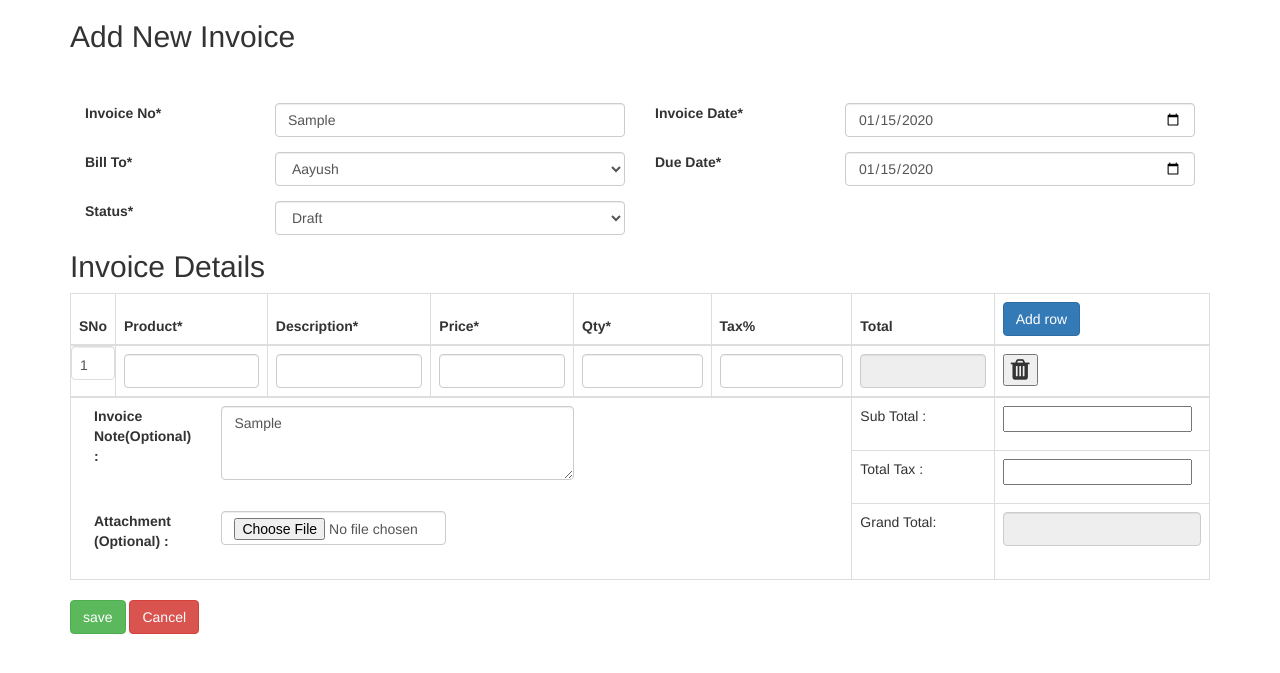
Repository: Aayush13013/Invoice_Management_app
Page: http://localhost/invoiceInfo/WEB-INF/jsp/new_invoiceInfo.jsp
An editor plug-in stored every save of this project. The page is shown before and after a run of saves, followed by the edit.
The browser window is 1280 px wide. The pictures show the whole page.
Empty fields were first filled with sample values (such as "Sample", 5 or name@example.com).
After loading, the first visible `input.btn` was clicked once.
The page is served by Tomcat 9. Nobody is signed in. The template is opened directly, without the code that normally fills it, so the values that code supplies are empty.

Above is the page before, as saved 2021-12-28 11:39:52.

After the next 3 saves:
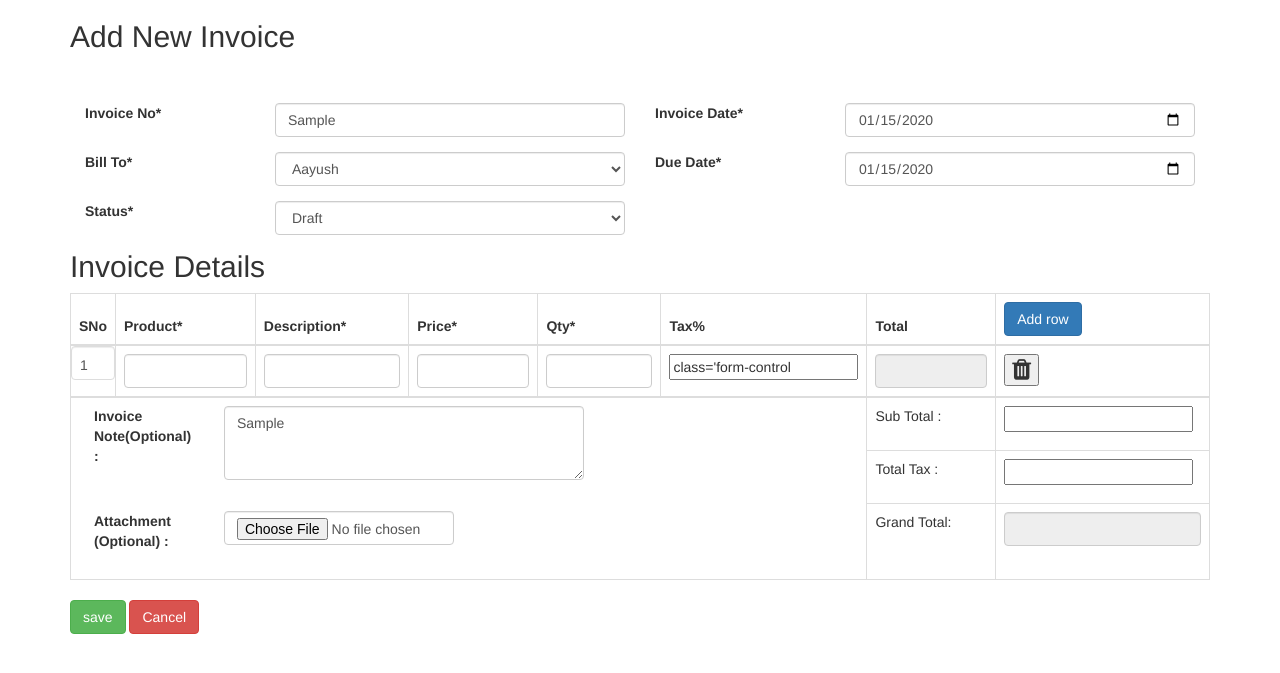
Console error: TypeError: Cannot read properties of undefined (reading 'value')
The 3 saves are shown as one change because they came seconds apart.
The last was saved 29 s later.
--- a/invoiceInfo/invoiceInfo/src/main/webapp/WEB-INF/jsp/new_invoiceInfo.jsp
+++ b/invoiceInfo/invoiceInfo/src/main/webapp/WEB-INF/jsp/new_invoiceInfo.jsp
@@ -172,7 +172,7 @@
              "<td  ><input type='text' name='listOfProducts[" + counts + "].description' class='form-control' ></td> " +
              "<td  ><input type='text' name='listOfProducts[" + counts + "].price' class='form-control price' ></td> " +
              "<td  ><input type='number' name='listOfProducts[" + counts + "].qty' class='form-control qty' ></td> " +
-             "<td  ><input type='text' name='listOfProducts[" + counts + "].taxPercent' class='form-control tax' ></td> " +
+             "<td  ><input type='text' name='listOfProducts[" + counts + "].taxPercent' value=class='form-control tax' ></td> " +
              "<td  ><input type='number' name='listOfProducts[" + counts + "].total'  class='form-control total' readonly/></td> " +
 
              "<td><button onclick=deleteRow(this)><i class='fa fa-trash' style='font-size:24px' ></i></button></td> " +

After the save that followed:
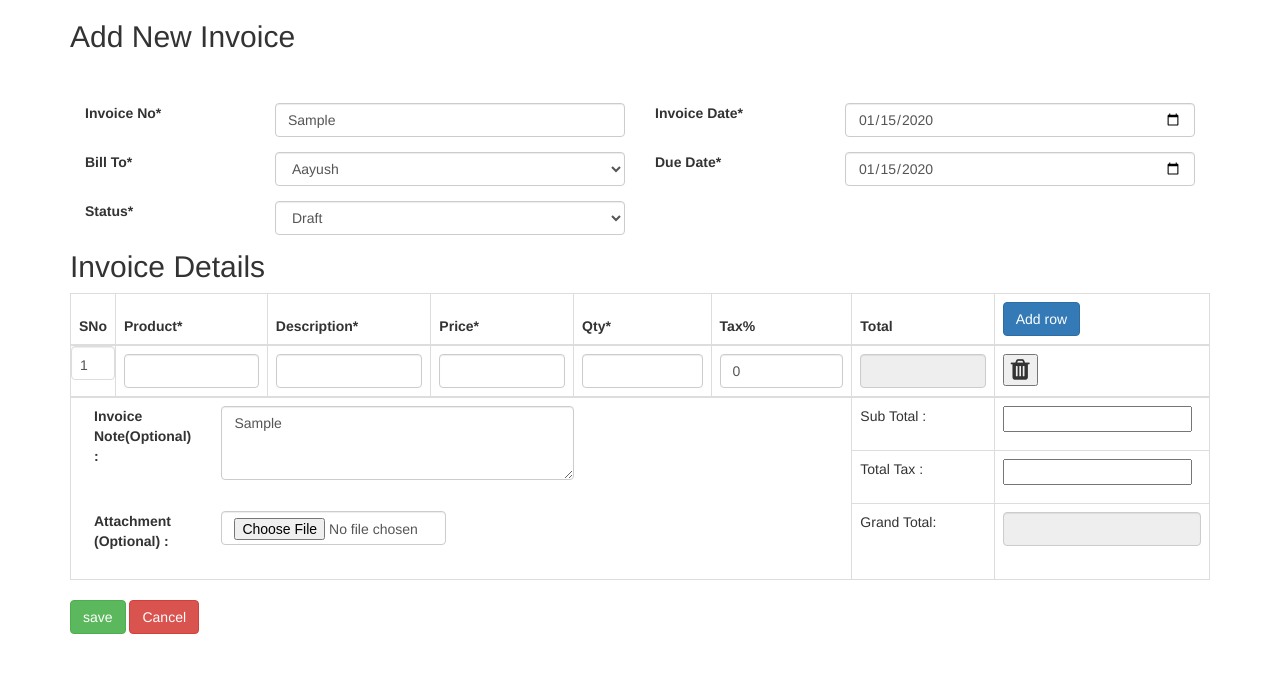
The error is gone.
Saved 7 s later.
--- a/invoiceInfo/invoiceInfo/src/main/webapp/WEB-INF/jsp/new_invoiceInfo.jsp
+++ b/invoiceInfo/invoiceInfo/src/main/webapp/WEB-INF/jsp/new_invoiceInfo.jsp
@@ -172,7 +172,7 @@
              "<td  ><input type='text' name='listOfProducts[" + counts + "].description' class='form-control' ></td> " +
              "<td  ><input type='text' name='listOfProducts[" + counts + "].price' class='form-control price' ></td> " +
              "<td  ><input type='number' name='listOfProducts[" + counts + "].qty' class='form-control qty' ></td> " +
-             "<td  ><input type='text' name='listOfProducts[" + counts + "].taxPercent' value=class='form-control tax' ></td> " +
+             "<td  ><input type='text' name='listOfProducts[" + counts + "].taxPercent' value=0 class='form-control tax' ></td> " +
              "<td  ><input type='number' name='listOfProducts[" + counts + "].total'  class='form-control total' readonly/></td> " +
 
              "<td><button onclick=deleteRow(this)><i class='fa fa-trash' style='font-size:24px' ></i></button></td> " +
